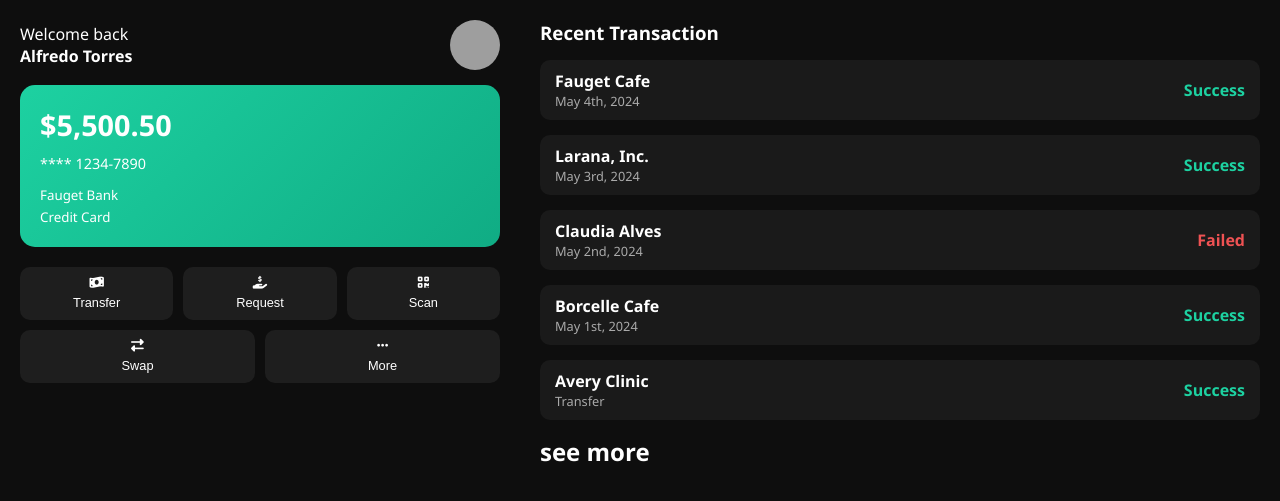
Repository: trenzyfx1/Wells-fargo-bank
Page: homepage.html
The author's editor kept a copy of each file at every save. The page is drawn from the files as they stood at one save, then again after the next save.
The browser window is 1280 px wide. The pictures show the whole page.
Pictures or frames that could not be fetched are drawn as grey boxes. Some web libraries are served in a nearby version.

Above is the page before, as saved 2025-06-19 18:52:17.

### homepage.html
<!DOCTYPE html>
<html lang="en">

<head>
    <meta charset="UTF-8" />
    <meta name="viewport" content="width=device-width, initial-scale=1.0" />
    <title>Dashboard</title>
    <link rel="stylesheet" href="./CSS/homepage.css">
    <script src="https://kit.fontawesome.com/a2e8f1a1b0.js" crossorigin="anonymous"></script>
</head>

<body>
    <div class="dashboard">
        <!-- RIGHT (Profile, Balance, Actions) -->
        <div class="right-panel">
            <div class="profile">
                <p>Welcome back<br><strong>Alfredo Torres</strong></p>
                <img src="profile.jpg" alt="User" />
            </div>

            <div class="balance-card">
                <p class="balance">$5,500.50</p>
                <p class="card-info">**** 1234-7890</p>
                <small>Fauget Bank<br>Credit Card</small>
            </div>

            <div class="actions">
                <button><i class="fas fa-money-bill-wave"></i><span>Transfer</span></button>
                <button><i class="fas fa-hand-holding-usd"></i><span>Request</span></button>
                <button><i class="fas fa-qrcode"></i><span>Scan</span></button>
                <button><i class="fas fa-exchange-alt"></i><span>Swap</span></button>
                <button><i class="fas fa-ellipsis-h"></i><span>More</span></button>
            </div>
        </div>

        <!-- LEFT (Transactions) -->
        <div class="left-panel">
            <!-- <div class="search-bar">
                <input type="text" placeholder="Search here">
                <button><i class="fas fa-search"></i></button>
            </div> -->

            <div class="transactions">
                <h3>Recent Transaction</h3>
                <div class="transaction">
                    <div>
                        <strong>Fauget Cafe</strong>
                        <p>May 4th, 2024</p>
                    </div>
                    <span class="success">Success</span>
                </div>
                <div class="transaction">
                    <div>
                        <strong>Larana, Inc.</strong>
                        <p>May 3rd, 2024</p>
                    </div>
                    <span class="success">Success</span>
                </div>
                <div class="transaction">
                    <div>
                        <strong>Claudia Alves</strong>
                        <p>May 2nd, 2024</p>
                    </div>
                    <span class="failed">Failed</span>
                </div>
                <div class="transaction">
                    <div>
                        <strong>Borcelle Cafe</strong>
                        <p>May 1st, 2024</p>
                    </div>
                    <span class="success">Success</span>
                </div>
                <div class="transaction">
                    <div>
                        <strong>Avery Clinic</strong>
                        <p>Transfer</p>
                    </div>
                    <span class="success">Success</span>
                </div>
                <h2>see more</h>
            </div>
        </div>
    </div>


</body>

</html>

### CSS/homepage.css
* {
    margin: 0;
    padding: 0;
    box-sizing: border-box;
}

body {
    font-family: 'Segoe UI', sans-serif;
    background: #0e0e0e;
    color: white;
}

.dashboard {
    display: flex;
    flex-direction: column;
    gap: 20px;
    padding: 20px;
}

.profile {
    display: flex;
    justify-content: space-between;
    align-items: center;
}

.profile img {
    width: 50px;
    height: 50px;
    border-radius: 50%;
}

.balance-card {
    background: linear-gradient(135deg, #1dd1a1, #10ac84);
    padding: 20px;
    border-radius: 15px;
    color: #fff;
    margin-top: 15px;
}

.balance-card .balance {
    font-size: 1.8rem;
    font-weight: bold;
}

.card-info {
    margin: 10px 0;
    font-size: 0.9rem;
}

.actions {
    display: flex;
    flex-wrap: wrap;
    gap: 10px;
    margin-top: 20px;
}

.actions button {
    background: #1e1e1e;
    border: none;
    color: #fff;
    padding: 10px;
    border-radius: 10px;
    flex: 1 1 28%;
    display: flex;
    flex-direction: column;
    align-items: center;
    font-size: 0.8rem;
    gap: 5px;
    cursor: pointer;
}

.search-bar {
    display: flex;
    margin-bottom: 20px;
}

.search-bar input {
    flex: 1;
    padding: 10px;
    border: none;
    border-radius: 10px 0 0 10px;
    background: #1e1e1e;
    color: white;
}

.search-bar button {
    background: #1e1e1e;
    border: none;
    color: white;
    padding: 10px;
    border-radius: 0 10px 10px 0;
    cursor: pointer;
}

.transactions {
    display: flex;
    flex-direction: column;
    gap: 15px;
}

.transaction {
    background: #1a1a1a;
    padding: 10px 15px;
    border-radius: 10px;
    display: flex;
    justify-content: space-between;
    align-items: center;
}

.transaction p {
    font-size: 0.8rem;
    color: #aaa;
}

.success {
    color: #1dd1a1;
    font-weight: bold;
}

.failed {
    color: #ee5253;
    font-weight: bold;
}

/* Desktop Layout */
@media (min-width: 768px) {
    .dashboard {
        flex-direction: row;
        align-items: flex-start;
        gap: 40px;
    }

    .left-panel {
        flex: 1.5;
    }

    .right-panel {
        flex: 1;
        position: sticky;
        top: 20px;
    }
}

After the next save:
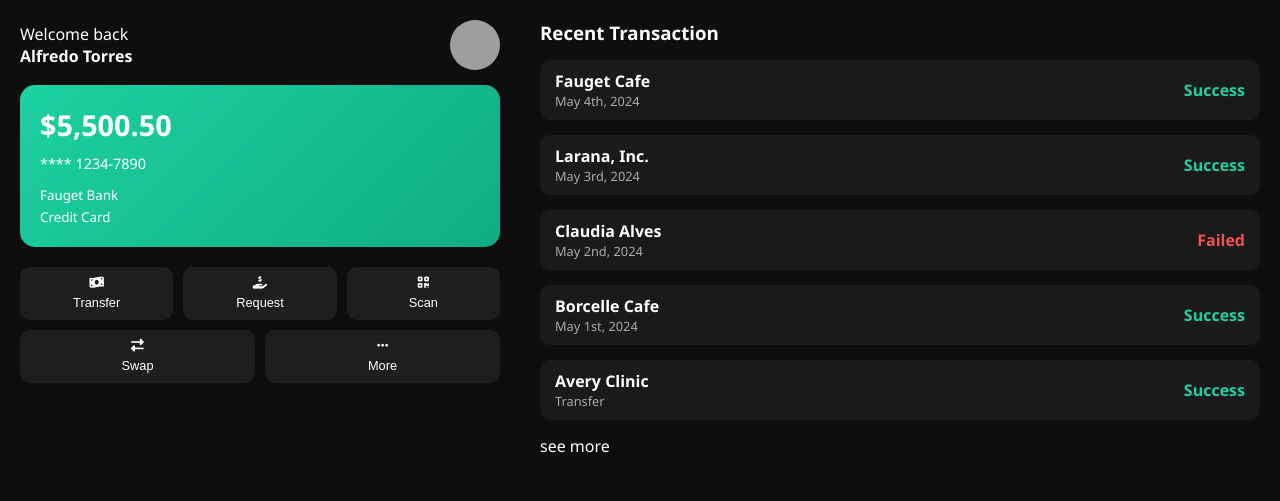
Saved 9 s later.
--- a/homepage.html
+++ b/homepage.html
@@ -77,7 +77,7 @@
                     </div>
                     <span class="success">Success</span>
                 </div>
-                <h2>see more</h>
+                <p>see more</p>
             </div>
         </div>
     </div>
